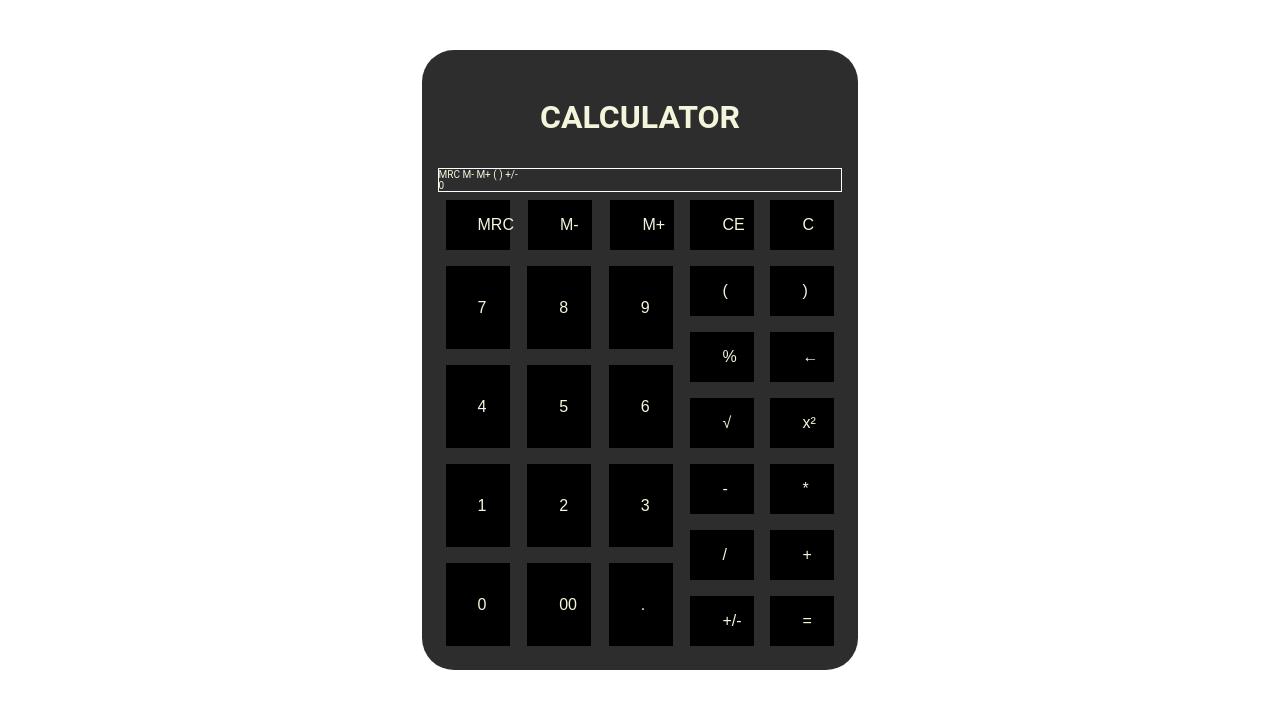
Repository: Denis793/CalculatorNew
Page: index.html
The author's editor kept a copy of each file at every save. The page is drawn from the files as they stood at one save, then again after the next save.
The browser window is 1280 px wide. The pictures show the whole page.
The style sheet was rebuilt from its Sass, Less or Tailwind sources for each picture, by a compiler version that may differ from the author's.

Above is the page before, as saved 2025-05-17 18:19:33.

### index.html
<!DOCTYPE html>
<html lang="en">
  <head>
    <meta charset="UTF-8" />
    <meta name="viewport" content="width=device-width, initial-scale=1.0" />
    <title>Calculator</title>
    <link rel="stylesheet" href="./app/style/css/main.css" />
  </head>
  <body>
    <div class="calculatorContainer">
      <h1>Calculator</h1>

      <div class="display">
        <div class="indicators">
          <span class="indicator" data-key="MRC">MRC</span>
          <span class="indicator" data-key="M-">M-</span>
          <span class="indicator" data-key="M+">M+</span>
          <span class="indicator" data-key="()">( )</span>
          <span class="indicator" data-key="+/-">+/-</span>
        </div>

        <ul id="historyList"></ul>

        <div class="previous"></div>
        <div class="current"></div>
      </div>

      <div class="keypad">
        <div class="memoryBtn">
          <button class="button">MRC</button>
          <button class="button">M-</button>
          <button class="button">M+</button>
        </div>

        <div class="cleanBtn">
          <button class="button">CE</button>
          <button class="button ac">C</button>
        </div>

        <div class="numbersBtn">
          <button class="button">7</button>
          <button class="button">8</button>
          <button class="button">9</button>

          <button class="button">4</button>
          <button class="button">5</button>
          <button class="button">6</button>

          <button class="button">1</button>
          <button class="button">2</button>
          <button class="button">3</button>

          <button class="button">0</button>
          <button class="button">00</button>
          <button class="button">.</button>
        </div>

        <div class="operationsBtn">
          <button class="button">(</button>
          <button class="button">)</button>
          <button class="button">%</button>
          <button class="button">←</button>
          <button class="button">√</button>
          <button class="button">x²</button>
          <button class="button">-</button>
          <button class="button">*</button>
          <button class="button">/</button>
          <button class="button plus">+</button>
          <button class="button">+/-</button>
          <button class="button">=</button>
        </div>
      </div>
    </div>
    <script type="module" src="./app/js/main.js"></script>
  </body>
</html>

### app/js/main.js
import { initializeCalculator } from './state.js';
import './memory.js';
import './operations.js';
import './equals.js';
import './formatter.js';
import './history.js';
import './inputHandler.js';

initializeCalculator();

### app/js/state.js
import { handleMemory } from './memory.js';
import { handleOperations } from './operations.js';
import { handleEquals } from './equals.js';
import { handleInput } from './inputHandler.js';

export const state = {
  expression: '',
  memory: 0,
  memoryLog: [],
  memoryActive: false,

  finish: false,
  lastOperator: '',
  lastOperand: '',
  history: [],
  MAX_LENGTH: 12,
  displayPrev: document.querySelector('.previous'),
  displayCurr: document.querySelector('.current'),
  buttons: document.querySelector('.keypad'),
  historyList: document.getElementById('historyList'),
  lastFunction: '',
  parenthesesCount: 0,
};

export function clearAll() {
  state.expression = '';
  state.finish = false;
  state.lastOperator = '';
  state.lastOperand = '';
  state.lastFunction = '';
  state.parenthesesCount = 0;
  state.displayCurr.textContent = '0';
  state.displayPrev.textContent = '';
  state.historyList.innerHTML = '';
  state.history = [];
  state.memoryActive = false;

  document.querySelectorAll('.button').forEach((btn) => btn.classList.remove('active-operator'));
  document.querySelectorAll('.indicator').forEach((i) => i.classList.remove('active'));
}

export function initializeCalculator() {
  clearAll();

  document.querySelector('.ac').addEventListener('click', clearAll);

  state.buttons.addEventListener('click', (e) => {
    const btn = e.target;
    if (!btn.classList.contains('button')) return;

    const key = btn.textContent;

    const specialKeys = ['MRC', 'M-', 'M+', '+/-', '√'];
    if (specialKeys.includes(key)) {
      document.querySelectorAll('.indicator').forEach((i) => {
        const keep = i.dataset.key === '()' && state.parenthesesCount > 0;
        if (!keep) i.classList.remove('active');
      });
      const indicator = document.querySelector(`.indicator[data-key="${key}"]`);
      if (indicator) indicator.classList.add('active');
    }

    if (handleMemory(key)) return;
    if (handleOperations(key)) return;
    if (handleEquals(key)) return;
    if (handleInput(key)) return;
  });
}

### app/js/memory.js
import { state } from './state.js';
import { formatExpression } from './formatter.js';

export function handleMemory(key) {
  if (!state.memoryLog) state.memoryLog = [];

  if (key === 'MRC') {
    const indicator = document.querySelector('.indicator[data-key="MRC"]');
    if (state.memoryActive) {
      state.memoryActive = false;
      if (indicator) indicator.classList.remove('active');
    } else {
      state.displayCurr.textContent = formatExpression(state.memory.toString());
      state.expression = state.memory.toString();
      state.finish = false;
      state.memoryActive = true;
      if (indicator) indicator.classList.add('active');
    }
    return true;
  }

  if (key === 'M+') {
    const value = parseFloat(state.displayCurr.textContent.replace(/\s/g, '')) || 0;
    state.memory += value;
    state.memoryLog.push(`+${value}`);
    if (state.memoryLog.length > 5) state.memoryLog.shift();
    state.memoryActive = true;
    const indicator = document.querySelector('.indicator[data-key="MRC"]');
    if (indicator) indicator.classList.add('active');
    return true;
  }

  if (key === 'M-') {
    const value = parseFloat(state.displayCurr.textContent.replace(/\s/g, '')) || 0;
    state.memory -= value;
    state.memoryLog.push(`-${value}`);
    if (state.memoryLog.length > 5) state.memoryLog.shift();
    state.memoryActive = true;
    const indicator = document.querySelector('.indicator[data-key="MRC"]');
    if (indicator) indicator.classList.add('active');
    return true;
  }

  return false;
}

### app/js/operations.js
import { state, clearAll } from './state.js';
import { formatExpression } from './formatter.js';

export function handleOperations(key) {
  if (key === '+/-') {
    if (state.displayCurr.textContent === '0') return true;
    if (state.finish) {
      state.expression = (-parseFloat(state.displayCurr.textContent.replace(/\s/g, ''))).toString();
      state.finish = false;
    } else {
      const match = state.expression.match(/(-?\d+\.?\d*)$/);
      if (match) {
        const num = match[0];
        const inverted = (-parseFloat(num)).toString();
        state.expression = state.expression.slice(0, -num.length) + inverted;
      } else {
        state.expression = '-' + state.expression;
      }
    }
    state.displayCurr.textContent = formatExpression(state.expression);
    return true;
  }

  if (key === '←') {
    if (state.finish) return true;
    state.expression = state.expression.slice(0, -1);
    state.displayCurr.textContent = formatExpression(state.expression) || '0';
    return true;
  }

  if (key === '%') {
    state.expression += '/100';
    state.displayCurr.textContent = formatExpression(state.expression);
    return true;
  }

  if (key === '√') {
    if (state.expression === '') return true;
    const original = state.expression;
    const result = Math.sqrt(eval(original));
    const visible = `√${original}`;
    state.expression = result.toString();
    state.displayCurr.textContent = formatExpression(state.expression);
    state.displayPrev.textContent = visible;
    state.lastFunction = 'sqrt';
    state.lastOperator = '';
    state.lastOperand = '';
    state.finish = true;
    const indicator = document.querySelector(`.indicator[data-key="√"]`);
    if (indicator) indicator.classList.add('active');
    return true;
  }

  if (key === '(') {
    const lastChar = state.expression.slice(-1);
    if (/\d|\)/.test(lastChar)) return true;

    if (state.finish) {
      state.expression = '';
      state.finish = false;
    }

    state.expression += key;
    state.displayCurr.textContent = formatExpression(state.expression);
    state.parenthesesCount++;

    const indicator = document.querySelector('.indicator[data-key="()"]');
    if (indicator) indicator.classList.add('active');

    return true;
  }

  if (key === ')') {
    if (state.finish) {
      state.expression = '';
      state.finish = false;
    }
    state.expression += key;
    state.displayCurr.textContent = formatExpression(state.expression);
    if (state.parenthesesCount > 0) {
      state.parenthesesCount--;
      if (state.parenthesesCount === 0) {
        const indicator = document.querySelector(`.indicator[data-key="()"]`);
        if (indicator) indicator.classList.remove('active');
      }
    }
    return true;
  }

  if (key === 'x²') {
    const value = eval(state.expression || '0');
    const result = value ** 2;
    const visible = `${value}²`;
    state.expression = result.toString();
    state.displayCurr.textContent = formatExpression(state.expression);
    state.displayPrev.textContent = visible;
    state.lastFunction = 'square';
    state.lastOperator = '';
    state.lastOperand = '';
    state.finish = true;
    return true;
  }

  if (key === 'CE') {
    const match = state.expression.match(/.*?(?:[+\-*/(]|^)([\d.]+)$/);
    if (match) {
      state.expression = state.expression.slice(0, -match[1].length);
    } else {
      state.expression = '';
    }
    state.lastFunction = '';
    state.displayCurr.textContent = formatExpression(state.expression) || '0';
    document.querySelectorAll('.indicator').forEach((i) => i.classList.remove('active'));
    return true;
  }

  if (key === 'C') {
    clearAll();
    return true;
  }

  return false;
}

### app/js/equals.js
import { state } from './state.js';
import { formatExpression } from './formatter.js';
import { addToHistory } from './history.js';

export function handleEquals(key) {
  if (key !== '=') return false;

  try {
    const open = (state.expression.match(/\(/g) || []).length;
    const close = (state.expression.match(/\)/g) || []).length;
    if (open !== close) return true;

    if (!state.finish) {
      const result = eval(state.expression);
      const match = state.expression.match(/(.+)([+\-*/])\s*(-?\d+\.?\d*)$/);

      if (match) {
        state.lastOperator = match[2];
        state.lastOperand = match[3];
      } else {
        state.lastOperator = '';
        state.lastOperand = '';
      }

      const visible = state.displayPrev.textContent || state.expression;

      state.displayCurr.textContent = formatExpression(result.toString());
      state.expression = result.toString();
      state.finish = true;
      state.displayPrev.textContent = '';

      const containsOperator = /[+\-*/()]|Math\.sqrt|%/.test(visible);
      const isSame = visible.replace(/\s/g, '') === result.toString();

      if (containsOperator && !isSame) {
        addToHistory(`${visible} = ${result}`);
      }
    } else if (state.lastFunction === 'sqrt' && state.finish) {
      const value = parseFloat(state.expression);
      const result = Math.sqrt(value);
      const visible = `√${value}`;
      state.displayCurr.textContent = formatExpression(result.toString());
      state.expression = result.toString();
      state.displayPrev.textContent = visible;
      addToHistory(`${visible} = ${result}`);
      return true;
    } else if (state.lastOperator && state.lastOperand) {
      state.expression = `${state.expression}${state.lastOperator}${state.lastOperand}`;
      const result = eval(state.expression);
      state.displayCurr.textContent = formatExpression(result.toString());
      state.expression = result.toString();
      addToHistory(`${state.expression} = ${result}`);
    }
  } catch {
    return true;
  }

  return true;
}

### app/js/formatter.js
export function formatExpression(expression) {
  return expression.replace(/\d+/g, (match) => {
    return Number(match).toLocaleString('en-US').replace(/,/g, ' ');
  });
}

### app/js/history.js
import { state } from './state.js';

export function addToHistory(item) {
  state.history.push(item);
  if (state.history.length > 3) state.history.shift();

  state.historyList.innerHTML = '';
  state.history.forEach((entry) => {
    const li = document.createElement('li');
    li.textContent = entry;
    state.historyList.appendChild(li);
  });
}

### app/js/inputHandler.js
import { state } from './state.js';
import { formatExpression } from './formatter.js';

export function handleInput(key) {
  const allowed = ['0', '1', '2', '3', '4', '5', '6', '7', '8', '9', '.', '+', '-', '*', '/', '00'];
  if (!allowed.includes(key)) return false;

  if (state.finish) {
    if (!isNaN(key) || key === '(') state.expression = '';
    state.finish = false;
  }

  const digitsOnly = state.expression.replace(/\D/g, '');
  if (digitsOnly.length >= state.MAX_LENGTH) return true;

  if (state.displayCurr.textContent === '0' && !isNaN(key)) {
    state.expression = key;
  } else {
    state.expression += key;
  }

  state.displayCurr.textContent = formatExpression(state.expression);
  return true;
}

### app/style/scss/main.scss
@use 'reset' as *;

.calculatorContainer {
  display: flex;
  flex-direction: column;
  align-items: center;
  background: #2d2d2d;
  border-radius: 2rem;
  padding: 1rem;
}

h1 {
  font-size: 2rem;
  text-transform: uppercase;
  margin: 2rem;
}

.display {
  width: 100%;
  border: 1px solid #fff;
}

button {
  width: 4rem;
  padding: 1rem 2rem;
  text-align: center;
  margin: 0.5rem;
  border: none;
  background: #000;
  font-size: 1rem;
}

.keypad {
  display: grid;
  grid-template-areas:
    'memoryBtn cleanBtn'
    'operationsBtn numbersBtn';
  grid-template-columns: repeat(1, 1fr);
}

.memoryBtn {
  grid-area: 'memoryBtn';
  grid-template-columns: repeat(2, 1fr);
  grid-template-rows: 1fr;
}

.cleanBtn {
  display: grid;
  grid-template-columns: repeat(2, 1fr);
  grid-area: 'cleanBtn';
}

.numbersBtn {
  display: grid;
  grid-area: 'numbersBtn';
  grid-template-columns: repeat(3, 1fr);
}

.operationsBtn {
  display: grid;
  grid-template-columns: repeat(2, 1fr);
  grid-area: 'operationsBtn';
}

### app/style/scss/_reset.scss
* {
  margin: 0;
  padding: 0;
  box-sizing: border-box;
  color: beige;
}

body {
  font-family: 'Roboto', sans-serif;
  font-size: 10px;
  height: 100vh;
  display: flex;
  justify-content: center;
  align-items: center;
}

After the next save:
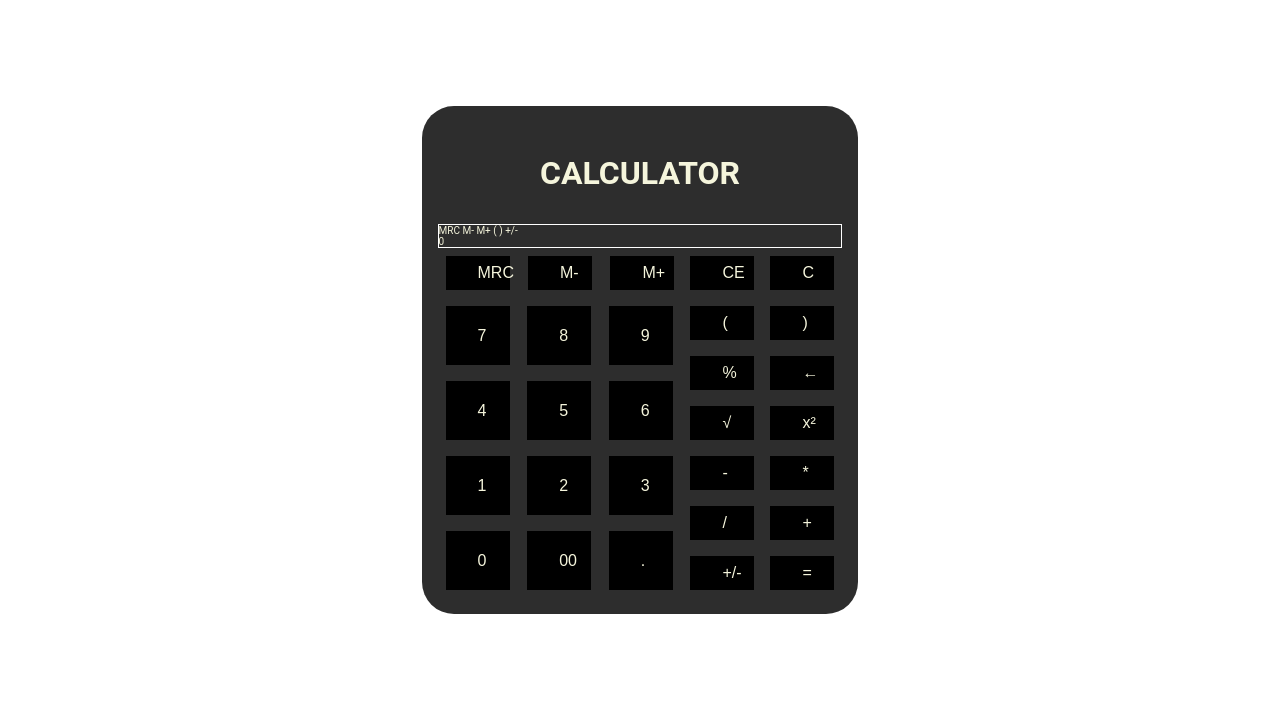
Saved 75 s later.
--- a/app/style/scss/main.scss
+++ b/app/style/scss/main.scss
@@ -22,7 +22,7 @@ h1 {
 
 button {
   width: 4rem;
-  padding: 1rem 2rem;
+  padding: 0.5rem 2rem;
   text-align: center;
   margin: 0.5rem;
   border: none;
